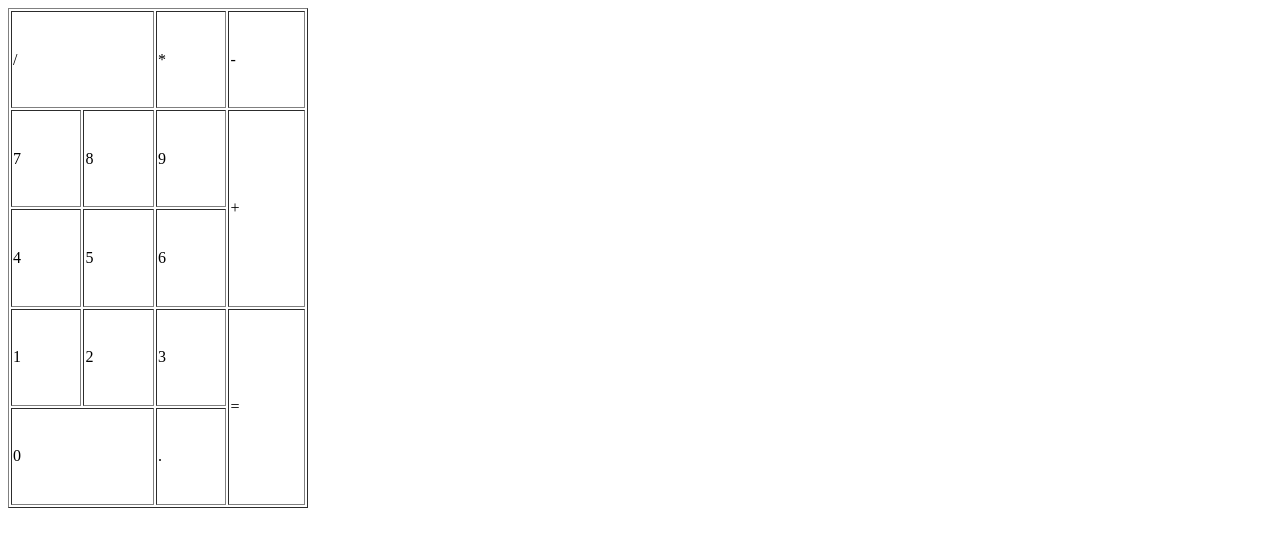
Repository: BaekJiGyeong/JSP
Page: http://localhost/AB_WebCalc/
The author's editor kept a copy of each file at every save. The page is drawn from the files as they stood at one save, then again after the next save.
The browser window is 1280 px wide. The pictures show the whole page.
The page is served by Tomcat 9.

Above is the page before, as saved 2016-02-02 02:09:28.

After the next save:
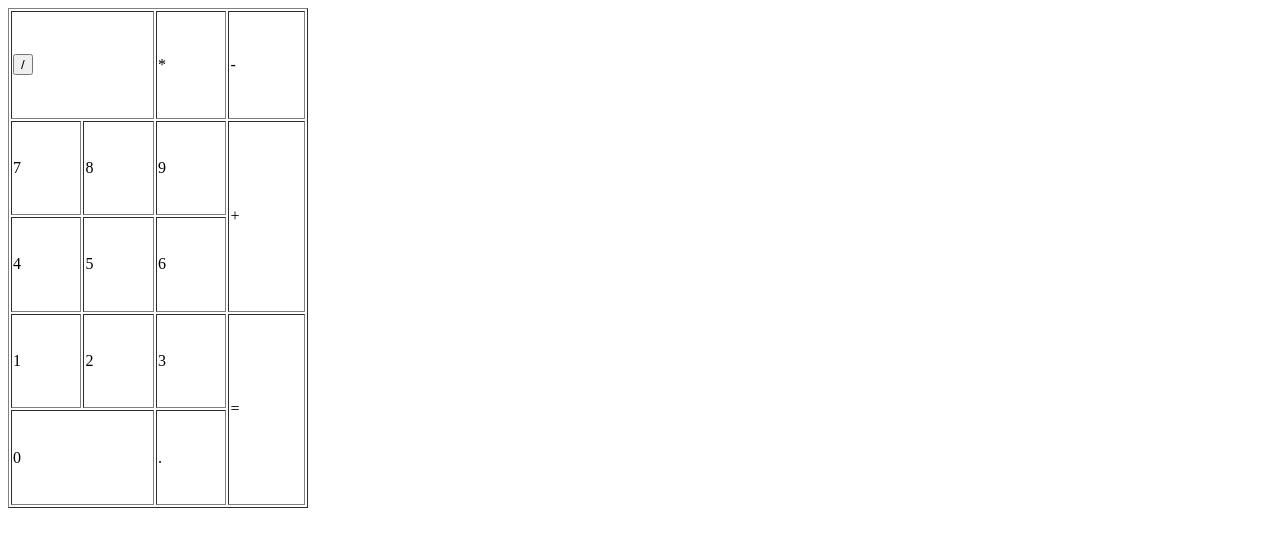
Saved 2 min 14 s later.
--- a/AB_WebCalc/WebContent/index.jsp
+++ b/AB_WebCalc/WebContent/index.jsp
@@ -9,7 +9,7 @@
 <body>
 	<table border ="1" width="300" height="500">
 		<tr>
-			<td colspan="2">/</td>
+			<td colspan="2"><input type="button" id="division" value="/"</td>
 			<td>*</td>
 			<td>-</td>
 		</tr>
